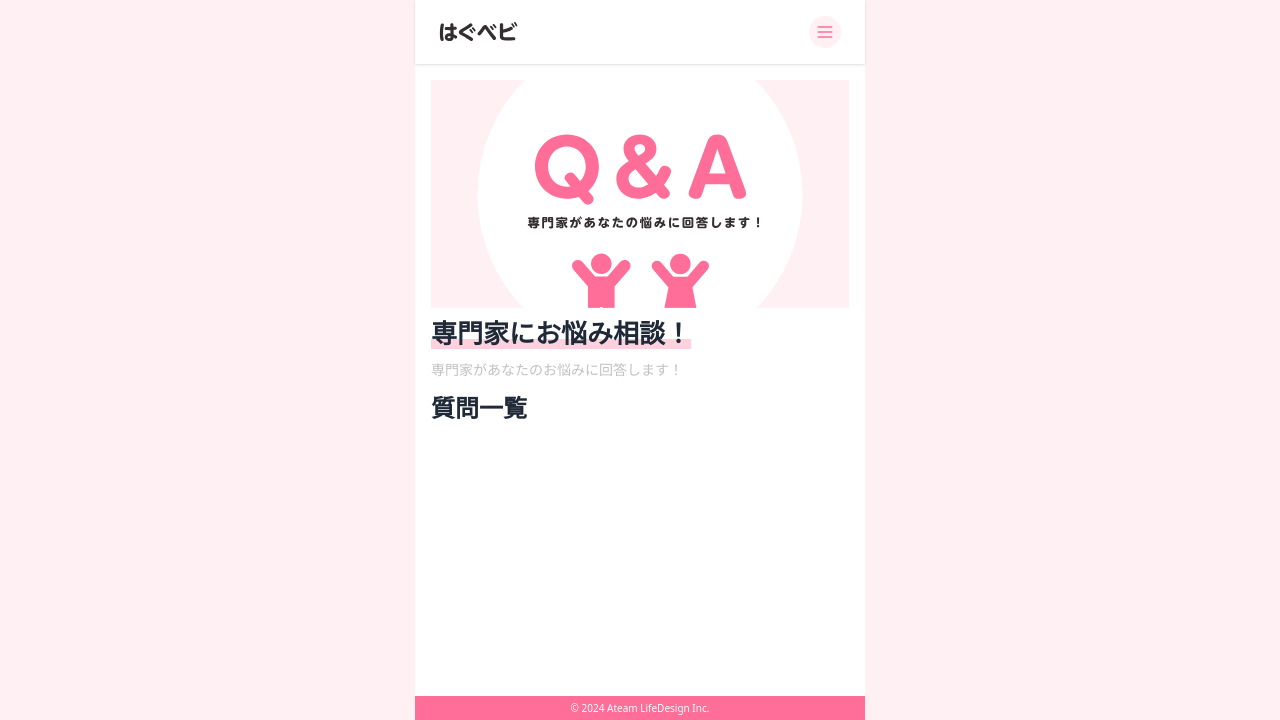
Repository: tsuzuki-takaaki/Emo
Page: http://localhost/question
The author's editor kept a record of every edit. The page is drawn from the files as they stood at one moment, then again after the next edit.
The browser window is 1280 px wide. The pictures show the whole page.
Some web libraries are served in a nearby version. The page is run by PHP 8.4 with error messages shown; the project is at /var/www/html/. Queries for data that is not in the repository find no rows.

Above is the page before.

After the next edit:
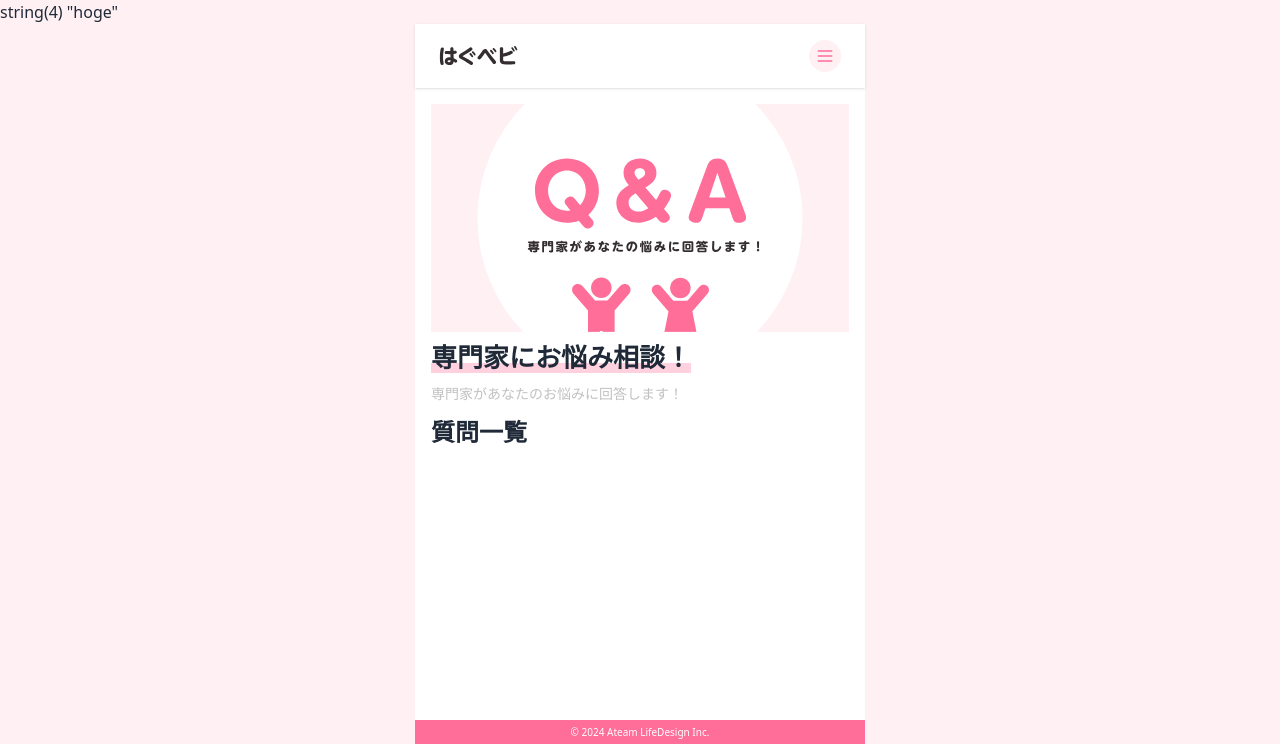
The edit:
--- a/models/question.php
+++ b/models/question.php
@@ -10,7 +10,8 @@
 
     /* 全件取得 */
     public static function all(){
-        $questions = ORM::for_table('questions')->find_array();
+        var_dump('hoge');
+        $questions = ORM::for_table('questions')->find_many();
         return $questions;
     }
 

After the 3 edits that followed:
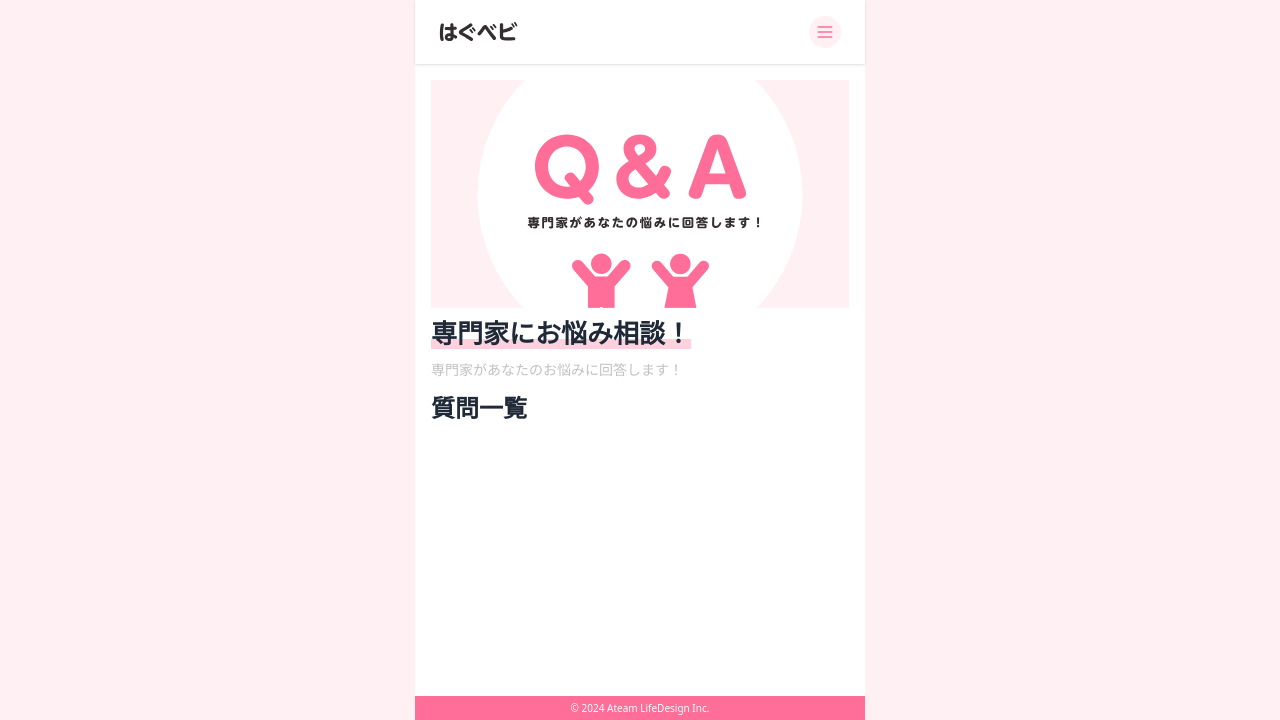
The 3 edits are shown as one change because 2 left the picture as it was.
The edit:
--- a/models/question.php
+++ b/models/question.php
@@ -10,7 +10,6 @@
 
     /* 全件取得 */
     public static function all(){
-        var_dump('hoge');
         $questions = ORM::for_table('questions')->find_many();
         return $questions;
     }
@@ -19,7 +18,7 @@
     public static function save($title, $content){
         $question = ORM::for_table('questions')->create();
         $question->title  = $title;
-        $question->last_name  = $content;
+        $question->content  = $content;
         $question->save();
         return $question;
     }
@@ -28,7 +27,7 @@
     public static function update($id, $title, $content){
         $question = Question::find($id);
         $question->title  = $title;
-        $question->last_name  = $content;
+        $question->content  = $content;
         $question->save();
         return $question;
     }
